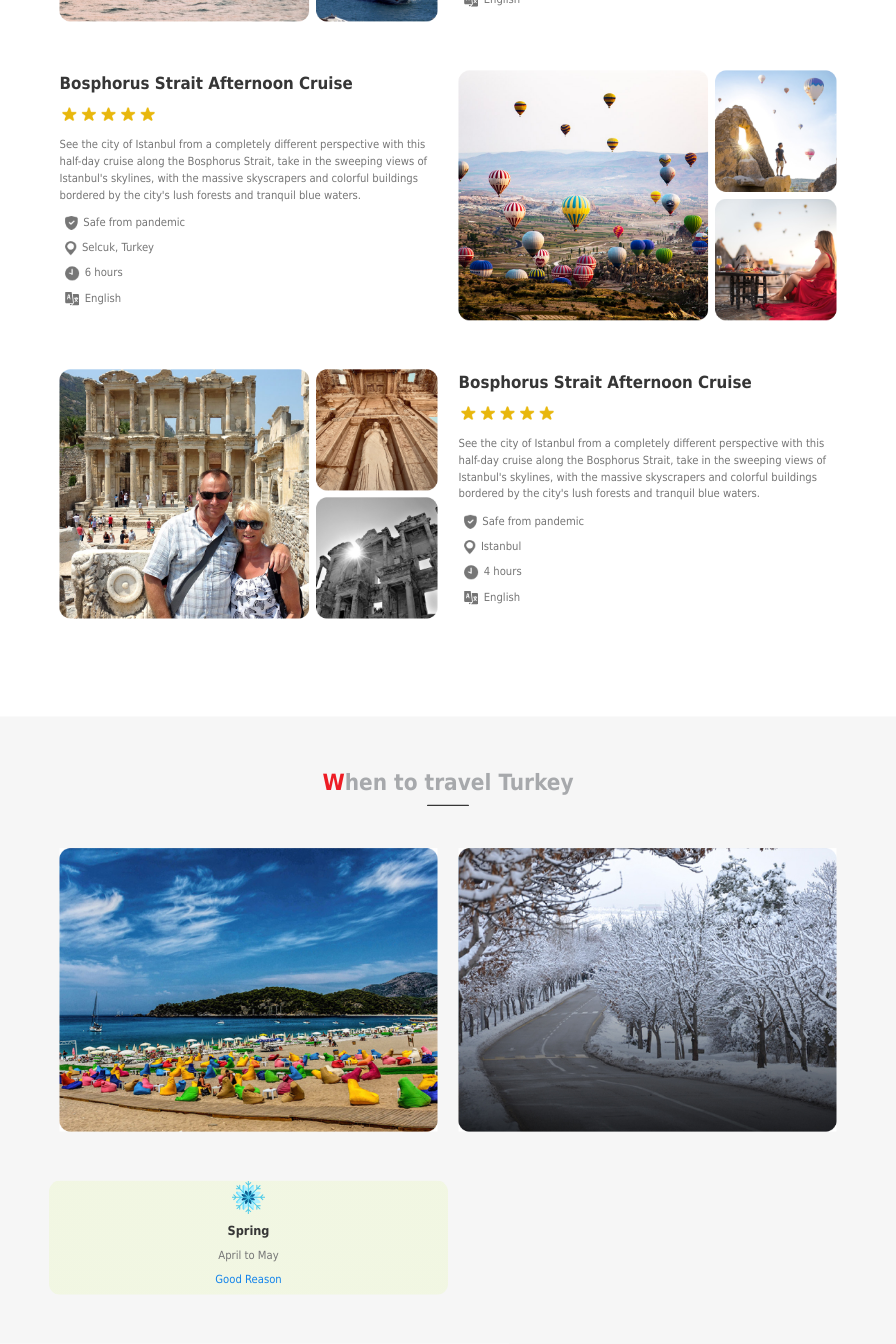
Repository: cvminhquan/turkey
Page: index.html
An editor plug-in stored every save of this project. The page is shown before and after the next save, followed by the edit.
The browser window is 1280 px wide. The pictures show the part of the page from y = 1841 to 3761 px (the page is 3761 px tall), at 70% of full size.
The style sheet was rebuilt from its Sass, Less or Tailwind sources for each picture, by a compiler version that may differ from the author's.

Above is the page before, as saved 2022-09-15 19:53:51.

After the next save:
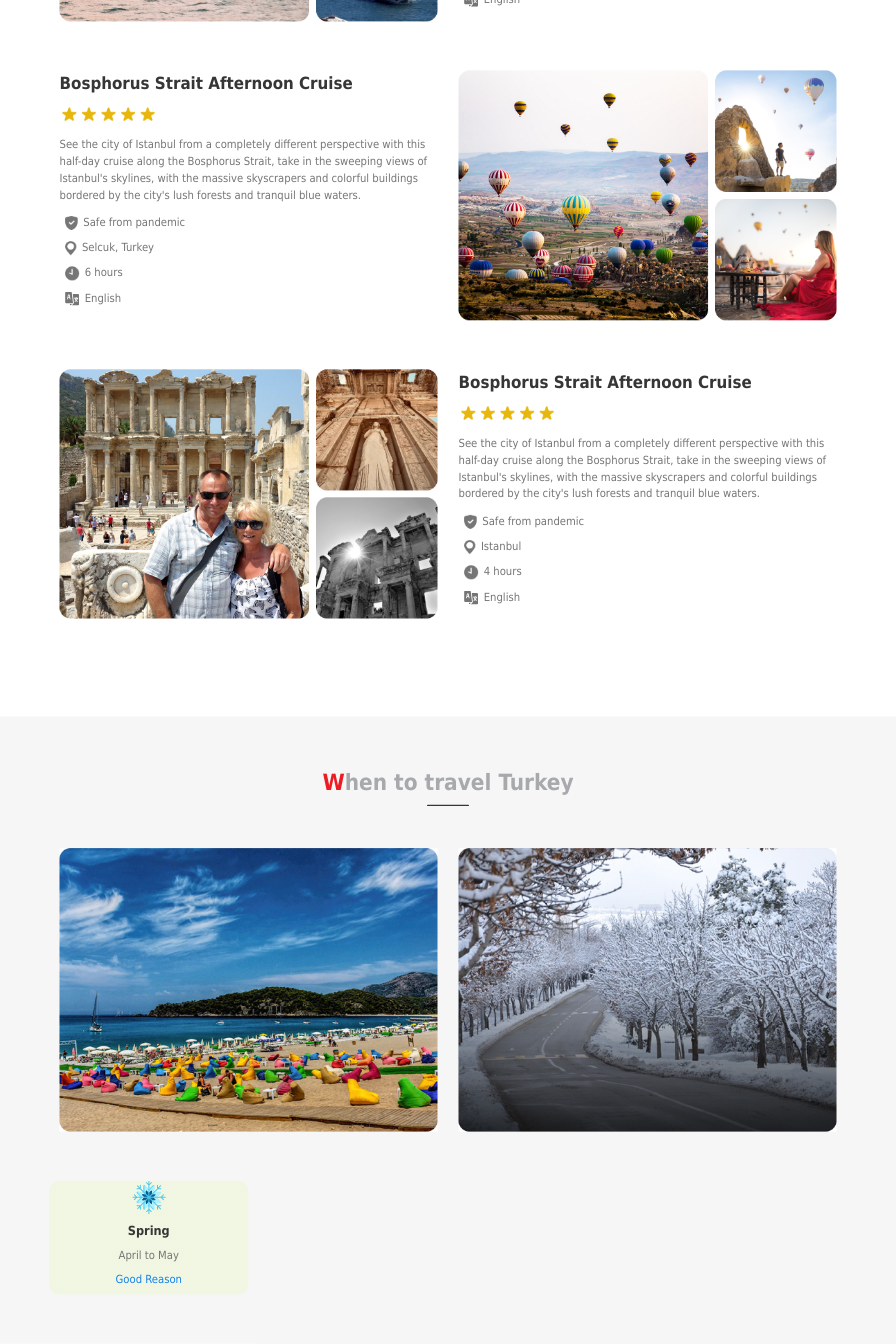
Saved 9 s later.
--- a/index.html
+++ b/index.html
@@ -192,7 +192,7 @@
                     </div>
                 </div> -->
                 <div class="row">
-                    <div class="col-6 text-center bg-spring">
+                    <div class="col-3 text-center bg-spring">
                         <p class=" bdr text-center "><img src="./images/icon-snow.svg " alt=" "></p>
                         <h2>Spring</h2>
                         <p>
